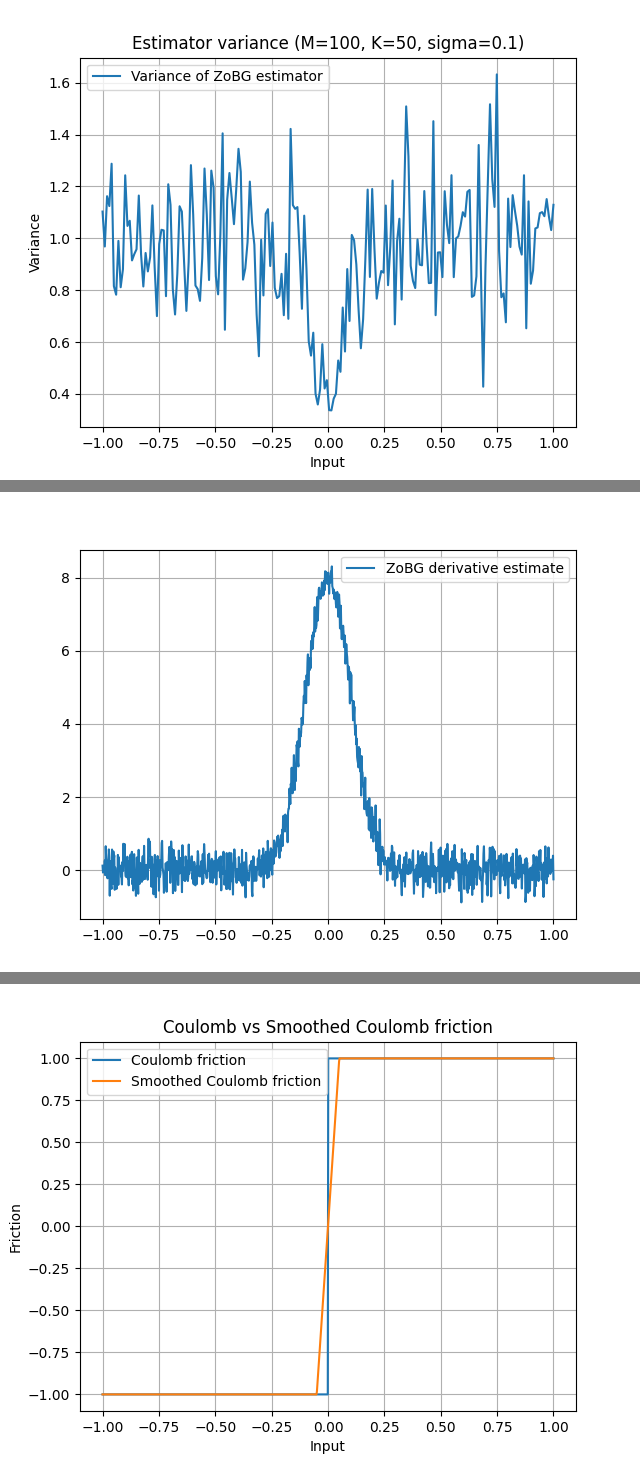
Repository: oomcth/Gradient-smoothing
Script's output: python test.py
These files come from the project's save history. The script's output is drawn as it stood at one moment and after the next save; the edit follows.
Each picture stacks the figures in order, with grey between them; figures that are only written to a file come last. Random numbers start from a fixed seed.

Above is the script's output before, as saved 2025-11-21 16:32:16.

### test.py
import numpy as np
import matplotlib.pyplot as plt


def coulomb_friction(x):
    return -1 if x < 0 else 1


def smoothed_coulomb_friction(x, t):
    assert t > 0
    return -1 if x < -t / 2 else 1 if x > t / 2 else 2 * x / t


def visualize_coulomb(t):
    x = np.linspace(-1, 1, 1000)
    y1 = np.array([coulomb_friction(l) for l in x])
    y2 = np.array([smoothed_coulomb_friction(l, t) for l in x])

    plt.plot(x, y1, label="Coulomb friction")
    plt.plot(x, y2, label="Smoothed Coulomb friction")

    plt.legend()
    plt.xlabel("Input")
    plt.ylabel("Friction")
    plt.title("Coulomb vs Smoothed Coulomb friction")
    plt.grid(True)
    plt.show()


def gaussian_sampler_factory(sigma, d):
    def sampler(M, rng):
        return rng.normal(loc=0.0, scale=sigma, size=(M, d))

    return sampler


def gaussian_grad_logp_factory(sigma):
    def grad_log_p(omegas):
        return -omegas / (sigma**2)

    return grad_log_p


def zo_gradient(f, x, sample_omega, grad_log_p, M=1000, rng=None):
    if rng is None:
        rng = np.random.default_rng()

    x = np.array([x], dtype=float)
    omegas = sample_omega(M, rng)
    xs = x + omegas

    f_vals = np.array([f(float(xi)) for xi in xs])
    glp = grad_log_p(omegas)

    integrand = -(f_vals[:, None] * glp)
    return integrand.mean(axis=0).squeeze()


def visualize_coulomb_derivatives(t):
    sigma = t
    x = np.linspace(-1, 1, 1000)
    sampler = gaussian_sampler_factory(sigma, 1)
    grad_log_p = gaussian_grad_logp_factory(sigma)

    y = np.array([zo_gradient(coulomb_friction, l, sampler, grad_log_p) for l in x])

    plt.plot(x, y, label="ZoBG derivative estimate")
    plt.legend()
    plt.grid(True)
    plt.show()


def visualize_estimator_variance(t, M=500, K=50):
    sigma = t
    x = np.linspace(-1, 1, 200)
    sampler = gaussian_sampler_factory(sigma, 1)
    grad_log_p = gaussian_grad_logp_factory(sigma)

    variances = []

    for l in x:
        estimates = []
        for _ in range(K):
            est = zo_gradient(coulomb_friction, l, sampler, grad_log_p, M=M)
            estimates.append(est)
        variances.append(np.var(estimates, ddof=1))

    plt.plot(x, variances, label="Variance of ZoBG estimator")
    plt.xlabel("Input")
    plt.ylabel("Variance")
    plt.title(f"Estimator variance (M={M}, K={K}, sigma={sigma})")
    plt.grid(True)
    plt.legend()
    plt.show()


visualize_estimator_variance(0.1, M=100)
visualize_coulomb_derivatives(0.1)
visualize_coulomb(0.1)

After the next save:
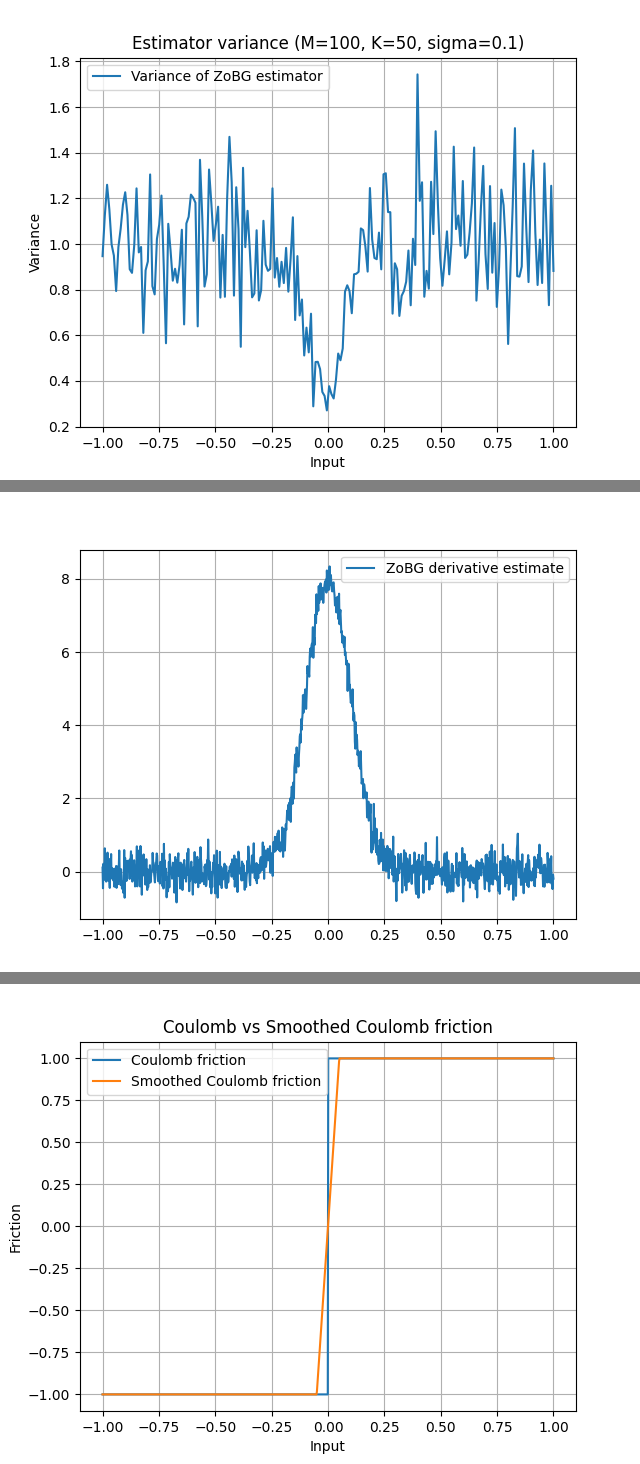
Saved 2 min 41 s later.
--- a/test.py
+++ b/test.py
@@ -73,6 +73,8 @@ def visualize_coulomb_derivatives(t):
 def visualize_estimator_variance(t, M=500, K=50):
     sigma = t
     x = np.linspace(-1, 1, 200)
+
+    rng = np.random.default_rng(12345)  # ✔ un RNG global
     sampler = gaussian_sampler_factory(sigma, 1)
     grad_log_p = gaussian_grad_logp_factory(sigma)
 
@@ -81,7 +83,7 @@ def visualize_estimator_variance(t, M=500, K=50):
     for l in x:
         estimates = []
         for _ in range(K):
-            est = zo_gradient(coulomb_friction, l, sampler, grad_log_p, M=M)
+            est = zo_gradient(coulomb_friction, l, sampler, grad_log_p, M=M, rng=rng)
             estimates.append(est)
         variances.append(np.var(estimates, ddof=1))
 
